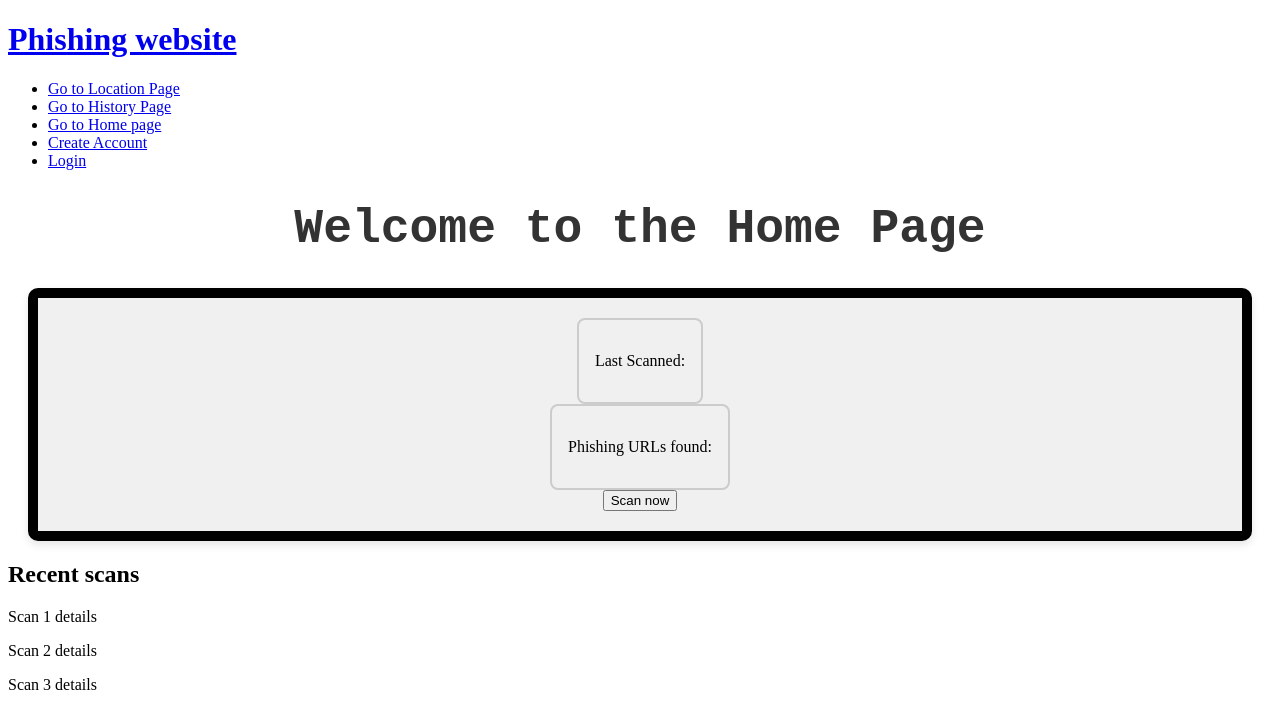
Repository: 2305199/Final-year-project
Page: / (app in frontend/)
The author's editor kept a copy of each file at every save. The page is drawn from the files as they stood at one save, then again after the next save.
The browser window is 1280 px wide. The pictures show the whole page.
The project was rebuilt for these pictures with package versions that can differ from the ones it lists, and the page was loaded fresh each time. Also part of the build but not shown: frontend/vite.config.js, frontend/src/Location/Location.jsx, frontend/src/History/History.jsx, frontend/src/User/CreateAccount.jsx, frontend/src/User/Login.jsx.

Above is the page before, as saved 2026-01-29 00:50:43.

### frontend/src/App.jsx
import { BrowserRouter as Router, Routes, Route } from 'react-router-dom';
import Home from './Home/Home.jsx'
import Location from './Location/Location.jsx'
import History from './History/History.jsx'
import CreateAccount from './User/CreateAccount.jsx'
import Login from './User/Login.jsx'
import Header from './components/Header.jsx'

function App() {

  return (
    <Router>
    <Header />
   <Routes>
      <Route path="/" element={<Home />} />
      <Route path="/location" element={<Location />} />
      <Route path="/history" element={<History />} />
      <Route path="/createAccount" element={<CreateAccount />} />
      <Route path="/login" element={<Login />} />
   </Routes>
    </Router>
  )
}

export default App

### frontend/src/Home/Home.jsx
import styles from './Home.module.css'
function Home() {
    return ( <div>
        <div className={styles.title}> <h1>Welcome to the Home Page</h1></div>


    <div className={styles.Box}>
        <div className={styles.card} ><p>Last Scanned:</p></div>
        <div className={styles.card}><p>Phishing URLs found:</p></div>
        <button>Scan now</button>
    </div>

    <div>
        <h2>Recent scans</h2>
        <div className={styles.recentScans}>
            <div className={styles.scanCard}><p>Scan 1 details</p></div>
            <div className={styles.scanCard}><p>Scan 2 details</p></div>
            <div className={styles.scanCard}><p>Scan 3 details</p></div>
        </div>
    </div>

    </div>)
}
export default Home

### frontend/src/components/Header.jsx
function Header() {
    return (<div>
    <h1> <a href="/">Phishing website </a></h1>
     <ul>
        <li><a href="/location">Go to Location Page</a></li>
        <li><a href="/history">Go to History Page</a></li>
        <li><a href="/">Go to Home page</a></li>
        <li><a href="/createAccount">Create Account</a></li>
        <li><a href="/login">Login</a></li>
    </ul>
    </div>)

}
export default Header

### frontend/src/Home/Home.module.css
.title{
    text-align: center;
    font-size: 1.5rem;
    margin-bottom: 20px;
    color: #333;
    font-family: 'Courier New', Courier, monospace;
}
.Box{
    display: flex;
    flex-direction: column;
    align-items: center;
    justify-content: center;
   border: 10px solid black;
    padding: 20px;
    margin: 20px;
    background-color: #f0f0f0;
    border-radius: 10px;
    box-shadow: 0 4px 8px rgba(0, 0, 0, 0.1);

}
.container {
  display: grid;
  gap: 20px;
}

.card {
  border: 2px solid #ccc;
  padding: 16px;
  border-radius: 8px;
}

Loaded but not shown: frontend/index.html (common file); frontend/src/main.jsx (common file); frontend/src/index.css (no stored copy; drawn as an empty file)

After the next save:
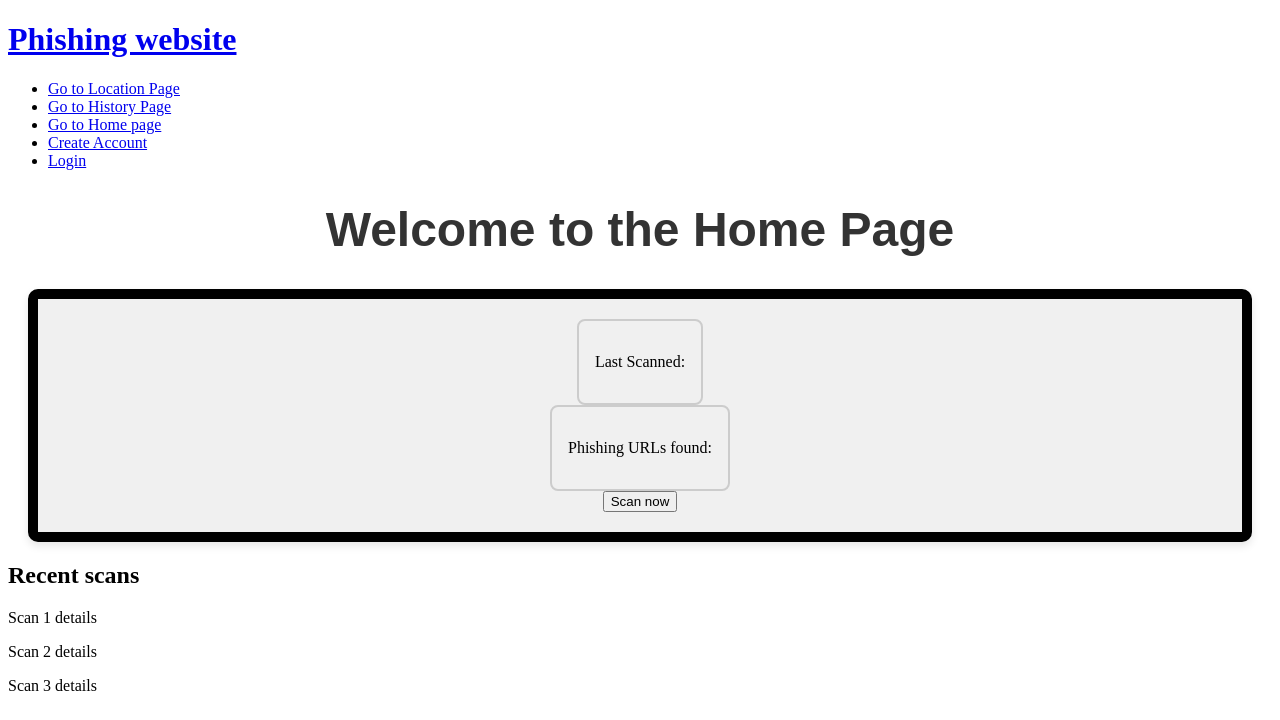
Saved 12 s later.
--- a/frontend/src/Home/Home.module.css
+++ b/frontend/src/Home/Home.module.css
@@ -3,7 +3,7 @@
     font-size: 1.5rem;
     margin-bottom: 20px;
     color: #333;
-    font-family: 'Courier New', Courier, monospace;
+    font-family: 'Arial', sans-serif;
 }
 .Box{
     display: flex;
